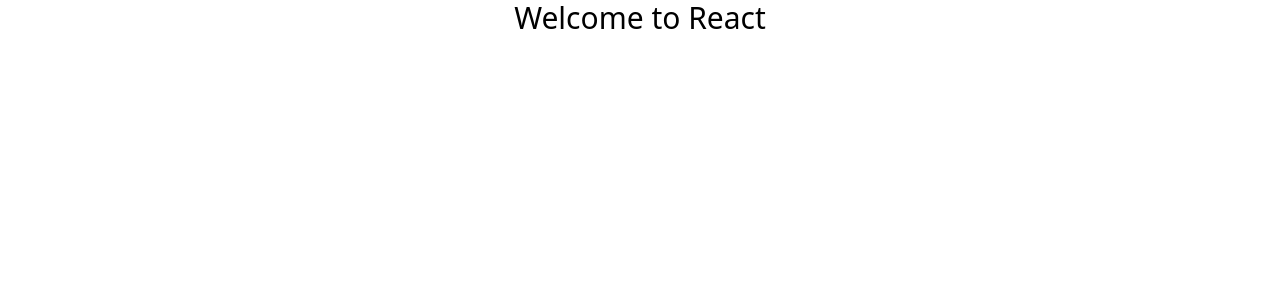
Repository: SaadYasin/react-internationalization
Page: /
These files come from the project's save history. The page is drawn as it stood at one moment and after a run of saves; the edit follows.
The browser window is 1280 px wide. The pictures show the whole page.
The project was rebuilt for these pictures with package versions that can differ from the ones it lists, and the page was loaded fresh each time. Also part of the build but not shown: vite.config.js.

Above is the page before, as saved 2024-07-18 21:29:36.

### index.html
<!doctype html>
<html lang="en">
  <head>
    <meta charset="UTF-8" />
    <link rel="icon" type="image/svg+xml" href="/vite.svg" />
    <meta name="viewport" content="width=device-width, initial-scale=1.0" />
    <title>Vite + React</title>

    <!-- FONTS -->
    <link rel="preconnect" href="https://fonts.googleapis.com">
    <link rel="preconnect" href="https://fonts.gstatic.com" crossorigin>
    <link
      href="https://fonts.googleapis.com/css2?family=Jost:ital,wght@0,100..900;1,100..900&family=Poppins:ital,wght@0,100;0,200;0,300;0,400;0,500;0,600;0,700;0,800;0,900;1,100;1,200;1,300;1,400;1,500;1,600;1,700;1,800;1,900&display=swap"
      rel="stylesheet">

  </head>
  <body>
    <div id="root"></div>
    <script type="module" src="/src/main.jsx"></script>
  </body>
</html>

### src/App.jsx
/* eslint-disable no-unused-vars */
import React from "react";
import i18next from '../src/utils/i18next';
import { useTranslation } from 'react-i18next'
function App() {
  const { t } = useTranslation();

  return (
    <>
      <h2 className="text-3xl text-center ">{t("Welcome to React")}</h2>
    </>
  )
}

export default App;

### src/index.css
@import url('https://fonts.googleapis.com/css2?family=Jost:ital,wght@0,100..900;1,100..900&family=Poppins:ital,wght@0,100;0,200;0,300;0,400;0,500;0,600;0,700;0,800;0,900;1,100;1,200;1,300;1,400;1,500;1,600;1,700;1,800;1,900&display=swap');

@tailwind base;
@tailwind components;
@tailwind utilities;

### src/utils/i18next.js
import i18n from "i18next";
import { initReactI18next } from "react-i18next";

import languageDetector from "i18next-browser-languagedetector";
import HttpApi from "i18next-http-backend";

i18n
  .use(initReactI18next)
  .use(languageDetector)
  .use(HttpApi)
  .init({
    fallbackLng: "en",
    detection: {
      order: [
        "htmlTag",
        "cookie",
        "localStorage",
        "sessionStorage",
        "navigator",
        "path",
        "subdomain",
      ],
      caches: ["localStorage"],
    },
    backend: {
      loadPath: "/locale/{{lng}}/translation.json",
    },
  });

export default i18n;

### tailwind.config.js
/** @type {import('tailwindcss').Config} */
export default {
  content: ["./index.html", "./src/**/*.{js,ts,jsx,tsx}"],
  theme: {
    fontFamily: {
      primary: ["Poppins", "sans-serif"],
      secondary: ["Jost", "sans-serif"],
    },
    extend: {},
  },
  plugins: [],
};

Loaded but not shown: src/main.jsx (common file)

After the next 6 saves:
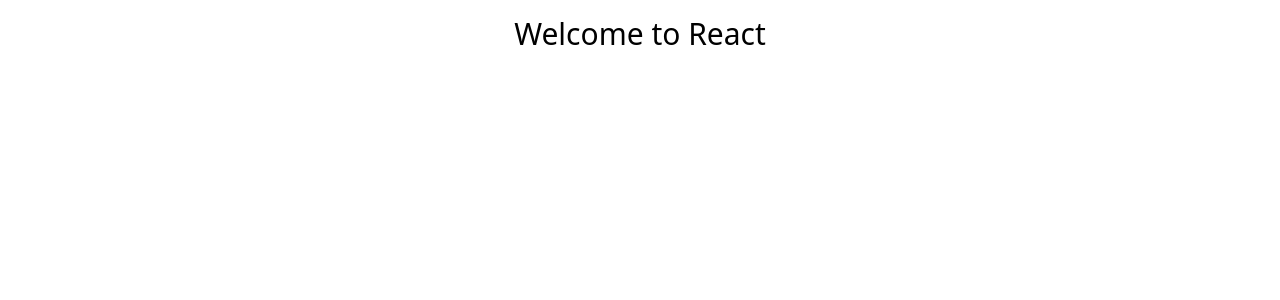
The 6 saves are shown as one change because they came seconds apart.
The last was saved 21 s later.
--- a/src/App.jsx
+++ b/src/App.jsx
@@ -7,7 +7,7 @@
 
   return (
     <>
-      <h2 className="text-3xl text-center ">{t("Welcome to React")}</h2>
+      <h2 className="text-3xl text-center p-4 bg-">{t("Welcome to React")}</h2>
     </>
   )
 }
